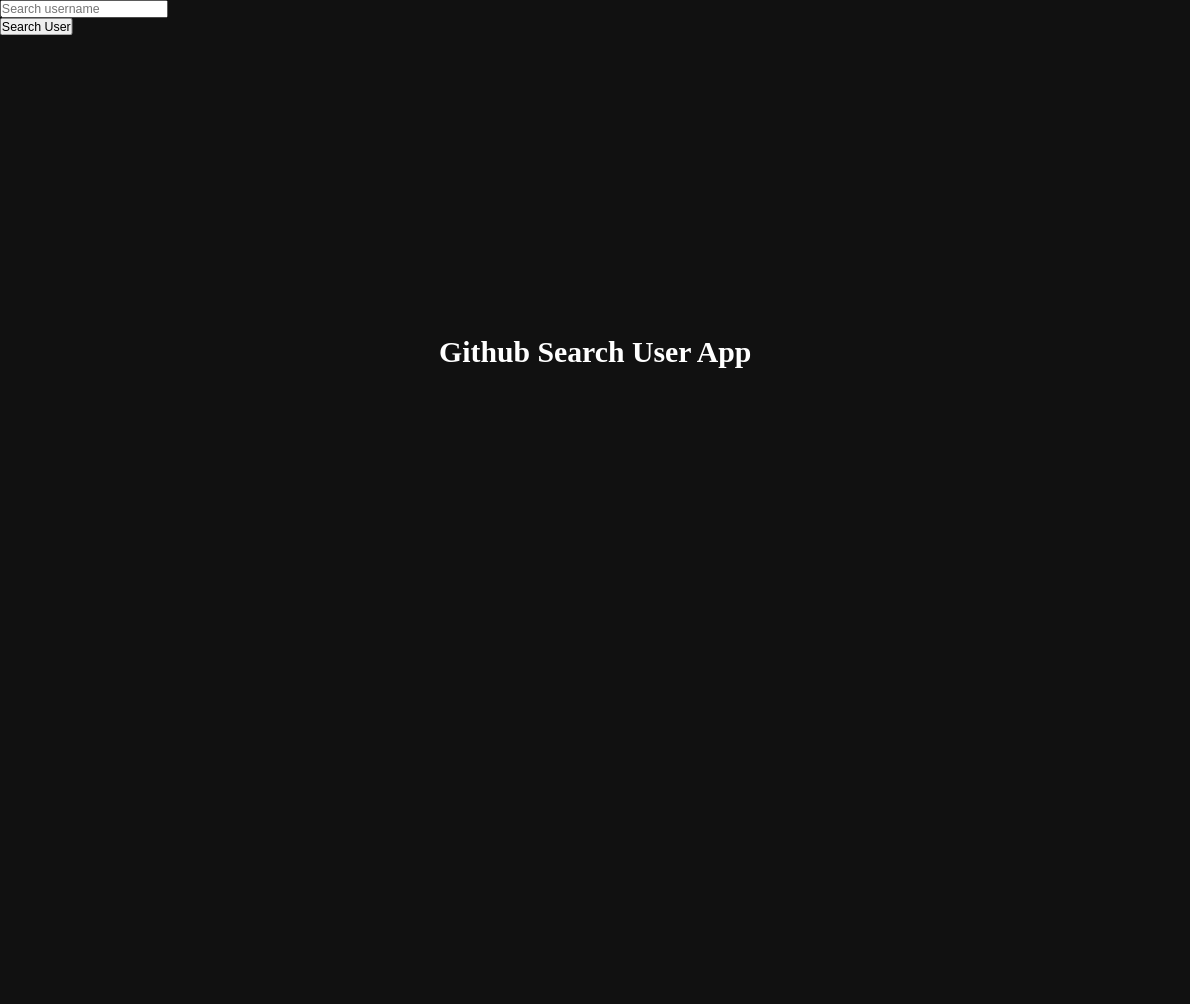
Repository: solox-cyber/Github-search-user
Page: index.html
An editor plug-in stored every save of this project. The page is shown before and after the next save, followed by the edit.
The browser window is 1280 px wide. The pictures show the whole page, at 93% of full size.

Above is the page before, as saved 2023-03-25 18:18:06.

### index.html
<!DOCTYPE html>
<html lang="en">

<head>
    <meta charset="UTF-8">
    <meta http-equiv="X-UA-Compatible" content="IE=edge">
    <meta name="viewport" content="width=device-width, initial-scale=1.0">
    <title>Github Search User Using Github API</title>
    <link rel="stylesheet" href="style.css">
</head>

<body>
    <div class="container">
        <h1>
            Github Search User App
        </h1>
    </div>
    <form id="myForm" autocomplete="off">
        <div class="form-group">
            <input type="text" name="" class="form-control" placeholder="Search username" id="search" required>
        </div>
        <div class="form-group">
            <button class="btn btn-danger btn-block">
                Search User
            </button>
        </div>
    </form>
    <div id="result"></div>

        <script src="script.js"></script>
</body>

</html>

### style.css
*{
    margin: 0;
    padding: 0;
    box-sizing: border-box;
}

body{
    background-color: #111;
    color: #fff;
}
.container{
    position: absolute;
    display: block;
    height: 100vh;
    width: 100%;
   top: 50%;
}

.container h1{
    position: relative;
    text-align: center;
}

### script.js
var form = document.getElementById("myForm");

form.addEventListener('submit', function(e){
e.preventDefault();

var search = document.getElementById("search").value;

var originalName = search.split(' ').join(' ');

document.getElementById("result").innerHTML = "";
fetch("https://api.github.com/users/"+originalName)
.then(result=>result.json())
.then(data => {
    console.log(data);
    document.getElementById('result').innerHTML =`
   <a target="_blank" href="https://www.github.com/${originalName}"> <img src="${data.avatar_url}"/></a>
    `
})



})

After the next save:
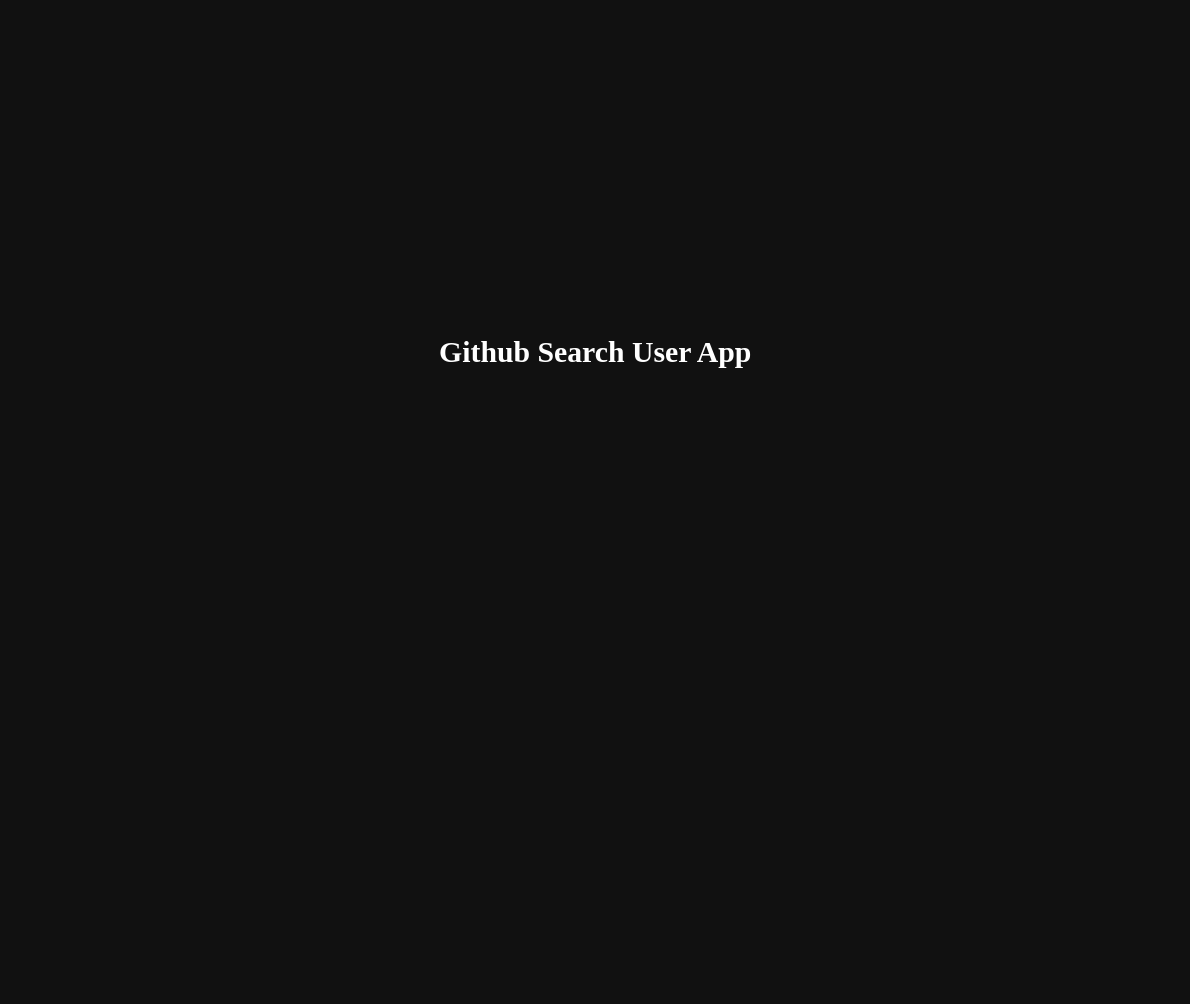
Console error: TypeError: Cannot read properties of null (reading 'addEventListener')
Saved 11 s later.
--- a/index.html
+++ b/index.html
@@ -15,16 +15,7 @@
             Github Search User App
         </h1>
     </div>
-    <form id="myForm" autocomplete="off">
-        <div class="form-group">
-            <input type="text" name="" class="form-control" placeholder="Search username" id="search" required>
-        </div>
-        <div class="form-group">
-            <button class="btn btn-danger btn-block">
-                Search User
-            </button>
-        </div>
-    </form>
+
     <div id="result"></div>
 
         <script src="script.js"></script>

After the 3 saves that followed:
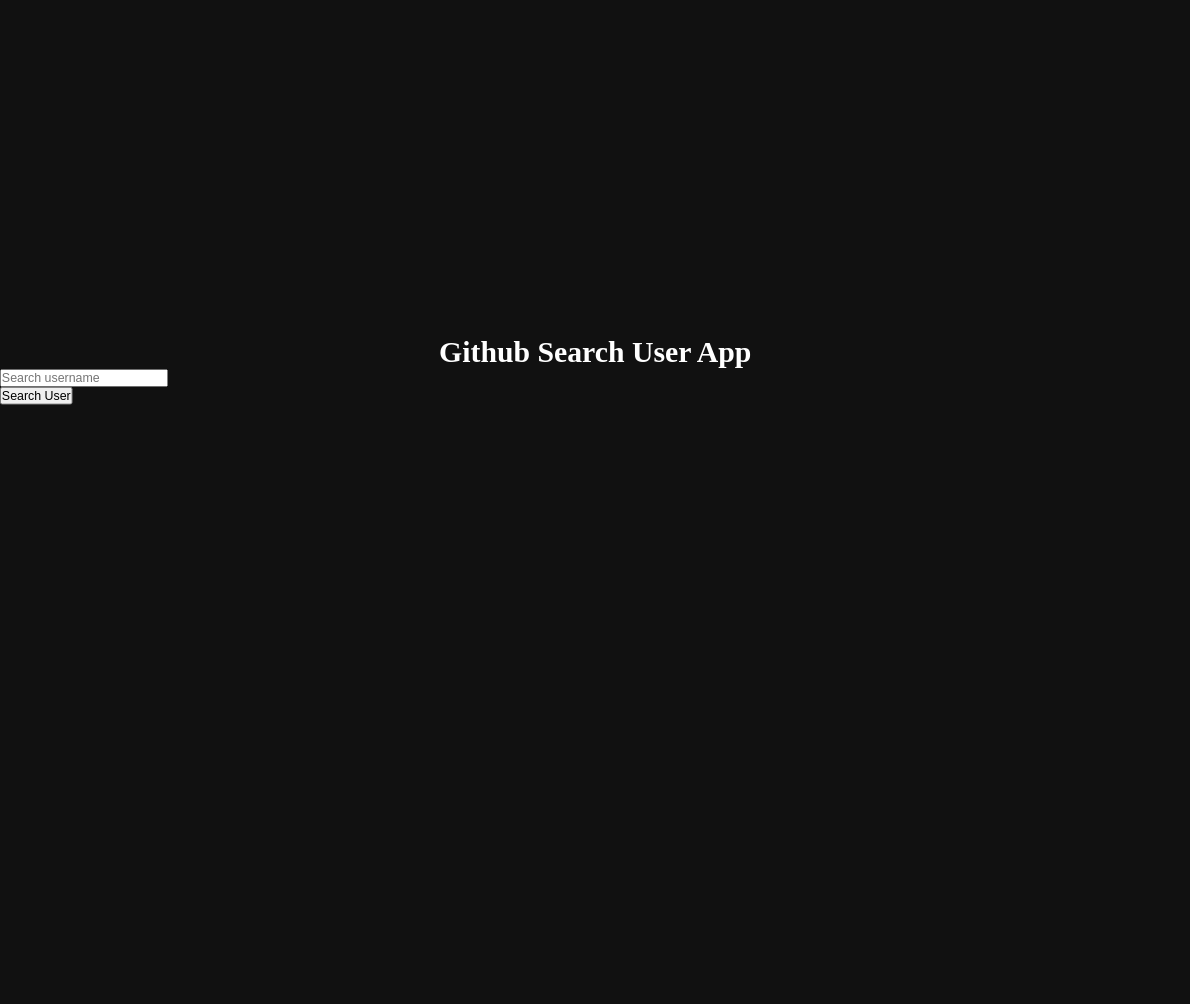
The error is gone.
The 3 saves are shown as one change because they came seconds apart.
The last was saved 9 s later.
--- a/index.html
+++ b/index.html
@@ -14,9 +14,20 @@
         <h1>
             Github Search User App
         </h1>
+        <form id="myForm" autocomplete="off">
+            <div class="form-group">
+                <input type="text" name="" class="form-control" placeholder="Search username" id="search" required>
+            </div>
+            <div class="form-group">
+                <button class="btn btn-danger btn-block">
+                    Search User
+                </button>
+            </div>
+        </form>
+
+    <div id="result"></div>
     </div>
 
-    <div id="result"></div>
 
         <script src="script.js"></script>
 </body>
